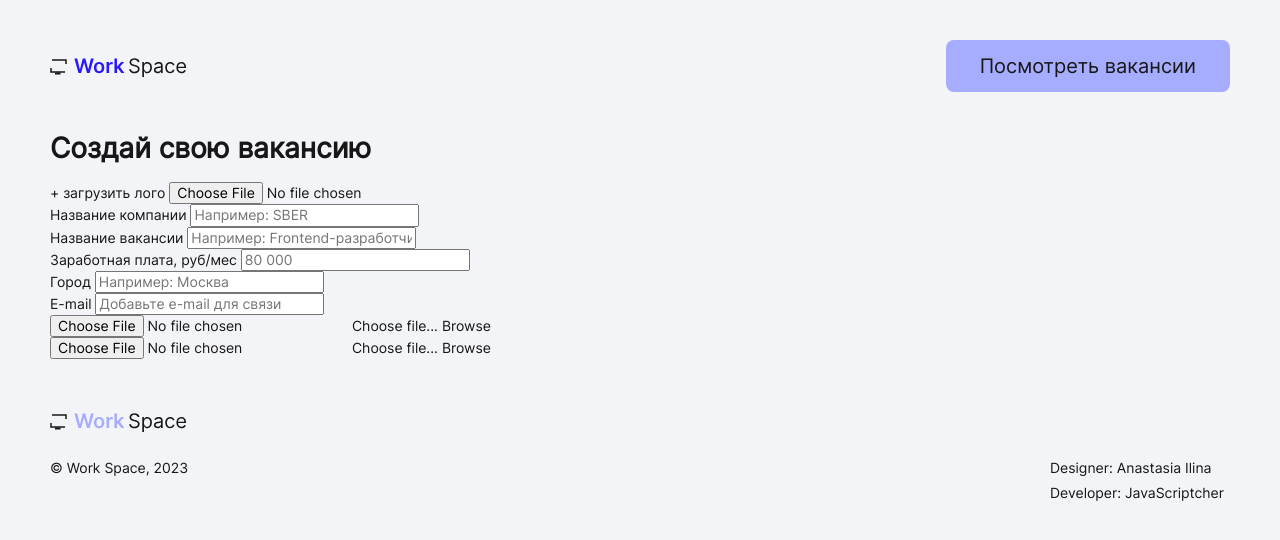
Repository: alexboagreek/workspace_js
Page: employer.html
The author's editor kept a copy of each file at every save. The page is drawn from the files as they stood at one save, then again after the next save.
The browser window is 1280 px wide. The pictures show the whole page.

Above is the page before, as saved 2023-09-12 12:05:19.
Console error: TypeError: Cannot read properties of null (reading 'addEventListener')

### employer.html
<!DOCTYPE html>
<html lang="ru">
  <head>
    <meta charset="UTF-8" />
    <meta name="viewport" content="width=device-width, initial-scale=1.0" />
    <title>Workspace - добавить вакансию</title>

    <link rel="stylesheet" href="index.css" />

    <script src="js/choices.min.js" defer></script>
    <script src="js/script.js" defer></script>
  </head>

  <body>
    <header class="header">
      <div class="container header__container">
        <img class="header__logo" src="img/logo.svg" alt="Логитип WorkSpace" />

        <a class="header__link" href="#vacancies">Посмотреть вакансии</a>
      </div>
    </header>

    <main>
      <section class="employer">
        <div class="container">
          <h1 class="employer__title">Создай свою вакансию</h1>

          <form class="employer__form">
            <div class="employer__file file">
              <div class="file__wrap-preview">
                <img src="#" alt="" class="file__preview" />
              </div>

              <div class="file__wrap-btn">
                <label for="logo" class="file__label"> + загрузить лого </label>
                <input
                  name="logo"
                  type="file"
                  class="file__input"
                  id="logo"
                  accept="image/png, image/jpeg"
                />
              </div>

              <fieldset class="employer__fildset">
                <div class="employer__wrap-input">
                  <label class="employer__label" for="company">Название компании</label>

                  <input
                    type="text"
                    class="employer__input"
                    id="company"
                    name="company"
                    placeholder="Например: SBER"
                  />
                </div>
              </fieldset>

              <fieldset class="employer__fildset-input">
                <div class="employer__wrap-input">
                  <label class="employer__label" for="title">Название вакансии</label>

                  <input
                    type="text"
                    class="employer__input"
                    id="title"
                    name="title"
                    placeholder="Например: Frontend-разработчик"
                  />
                </div>
              </fieldset>

              <fieldset class="employer__fildset">
                <div class="employer__wrap-input">
                  <label class="employer__label" for="salary">Заработная плата, руб/мес</label>

                  <input
                    type="number"
                    class="employer__input"
                    id="salary"
                    name="salary"
                    placeholder="80 000"
                  />
                </div>
              </fieldset>

              <fieldset class="employer__fildset">
                <div class="employer__wrap-input">
                  <label class="employer__label" for="location">Город</label>

                  <input
                    type="text"
                    class="employer__input"
                    id="location"
                    name="location"
                    placeholder="Например: Москва"
                  />
                </div>
              </fieldset>

              <fieldset class="employer__fildset">
                <div class="employer__wrap-input">
                  <label class="employer__label" for="email">E-mail</label>

                  <input
                    type="email"
                    class="employer__input"
                    id="email"
                    name="email"
                    placeholder="Добавьте e-mail для связи"
                  />
                </div>
              </fieldset>
            </div>

            <div class="form-file form-file-lg mb-3">
              <input type="file" class="form-file-input" id="customFileLg">
              <label class="form-file-label" for="customFileLg">
                <span class="form-file-text">Choose file...</span>
                <span class="form-file-button">Browse</span>
              </label>
            </div>

            <div class="form-file form-file-sm">
              <input type="file" class="form-file-input" id="customFileSm">
              <label class="form-file-label" for="customFileSm">
                <span class="form-file-text">Choose file...</span>
                <span class="form-file-button">Browse</span>
              </label>
            </div>
          </form>
        </div>
      </section>
    </main>

    <footer class="footer">
      <div class="container footer__container">
        <img
          class="footer__logo"
          src="img/logo-footer.svg"
          alt="Логотип WorkSpace"
        />

        <p class="footer__copyright">© Work Space, 2023</p>

        <ul class="footer__contacts">
          <li class="footer__contact">
            Designer:
            <a class="footer__link" href="#">Anastasia Ilina</a>
          </li>
          <li class="footer__contact">
            Developer:
            <a class="footer__link" href="#">JavaScriptcher</a>
          </li>
        </ul>
      </div>
    </footer>
  </body>
</html>

### index.css
@import "style/normalize.css";
@import "style/choices.min.css";
@import "style/style.css";
@import "style/header.css";
@import "style/hero.css";
@import "style/vacancies.css";
@import "style/filter.css";
@import "style/choices.css";
@import "style/checkbox.css";
@import "style/cards.css";
@import "style/vacancy.css";
@import "style/footer.css";
@import "style/modal.css";
@import "style/detail.css";

### style/style.css
@font-face {
  font-family: Inter;
  font-weight: 400;
  src: url("../fonts/inter-regular.woff2") format("woff2"),
    url("../fonts/inter-regular.woff") format("woff");
}

html {
  scroll-behavior: smooth;
  position: relative;
  box-sizing: border-box;
}

*,
*:before,
*:after {
  box-sizing: inherit;
}

body {
  min-width: 320px;
  min-height: 100vh;
  font-family: Inter, sans-serif;
  font-size: 14px;
  color: #171717;
  background-color: #f3f4f8;
  line-height: 1.2;
}

img,
svg {
  max-width: 100%;
  max-height: 100%;
  height: auto;
}

button {
  padding: 0;
  border: 0;
  cursor: pointer;
  background-color: transparent;
}

a {
  text-decoration: none;
  color: inherit;
}

ul {
  padding: 0;
  margin: 0;
  list-style: none;
}

h1,
h2,
h3,
p {
  margin: 0;
}

fieldset {
  padding: 0;
  margin: 0;
  border: 0;
}

.visually-hidden {
  position: fixed;
  transform: scale(0);
}

.container {
  --width: 1180px;
  --padding: 30px;
  max-width: calc(var(--width) + var(--padding) * 2);
  margin: 0 auto;
  padding: 0 var(--padding);
}

.blue-text {
  color: #2a18ff;
}

@media (max-width: 1140px) {
  .container {
    --width: 880px;
  }
}

@media (max-width: 940px) {
  .container {
    --width: 680px;
  }
}

@media (max-width: 640px) {
  .container {
    --padding: 15px;
  }
}

### style/header.css
.header {
  padding: 40px 0;
}

.header__container {
  display: flex;
  align-items: center;
  justify-content: space-between;
}

.header__link {
  padding: 12px 32px;
  border-radius: 8px;
  background-color: #a6adff;
  font-size: 20px;
  border: 2px solid transparent;
  transition-property: color, background-color;
  transition-duration: 0.2s;
  transition-timing-function: ease-in-out;
}

.header__link:focus-visible {
  border-color: #4f58be;
}

.header__link:hover {
  color: #fff;
  background-color: #2a18ff;
}

@media (max-width: 1140px) {
  .header {
    padding: 32px 0 40px;
  }
}

@media (max-width: 940px) {
  .header {
    padding: 24px 0 30px;
  }

  .header__link {
    padding: 8px 23px;
    font-size: 14px;
  }
}

@media (max-width: 640px) {
  .header {
    padding: 24px 0 20px;
  }

  .header__link {
    display: none;
  }
}

### style/hero.css
.hero {
  padding: 60px 0 50px;
}

.hero__container {
  position: relative;
  padding-top: 57px;
  padding-bottom: 57px;
}

.hero__container:after {
  content: "";
  position: absolute;
  right: -9px;
  top: 0;
  bottom: 0;
  width: 421px;
  background: url("../img/laptop.png") no-repeat center/contain;
}

.hero__title {
  position: relative;
  z-index: 2;
  max-width: 780px;
  font-size: 90px;
  letter-spacing: 1.8px;
  text-transform: uppercase;
}

@media (max-width: 1140px) {
  .hero {
    padding: 40px 0;
  }

  .hero__container {
    padding-top: 53px;
    padding-bottom: 53px;
  }

  .hero__container:after {
    width: 340px;
  }

  .hero__title {
    max-width: 580px;
    font-size: 64px;
    letter-spacing: 1.28px;
  }
}

@media (max-width: 940px) {
  .hero {
    padding: 30px 0;
  }

  .hero__container {
    padding-top: 40px;
    padding-bottom: 40px;
  }

  .hero__container:after {
    width: 269px;
  }

  .hero__title {
    max-width: 450px;
    font-size: 52px;
    letter-spacing: 1.04px;
  }
}

@media (max-width: 640px) {
  .hero {
    padding-top: 20px;
    padding-bottom: 10px;
  }

  .hero__container {
    padding-top: 0;
    padding-bottom: 234px;
  }

  .hero__title {
    max-width: 290px;
    text-align: center;
    margin: 0 auto;
    font-size: 32px;
  }

  .hero__container:after {
    right: auto;
    top: auto;
    height: 269px;
    left: 50%;
    transform: translateX(-50%);
    background-position: bottom;
  }
}

### style/vacancies.css
.vacancies {
  padding: 50px 0;
}

.vacancies__container {
  display: flex;
  align-items: start;
  gap: 24px 20px;
}

.vacancies__filter-btn {
  display: none;
}

.vacancies__filter {
  flex: 0 0 280px;
}

.vacancies__cards {
  flex-basis: 100%;
}

@media (max-width: 1140px) {
  .vacancies {
    padding: 40px 0;
  }
}

@media (max-width: 940px) {
  .vacancies {
    padding: 30px 0;
  }

  .vacancies__container {
    flex-direction: column;
    row-gap: 0;
  }

  .vacancies__filter-btn {
    display: flex;
    align-items: center;
    margin-bottom: 24px;
    transition-property: margin-bottom, color;
    transition-duration: 0.2s, 0.3s;
    transition-timing-function: ease-in-out;
    transition-delay: 0.2s, 0s;
    color: #2a18ff;
    line-height: 20px;
  }

  .vacancies__filter-btn:hover:not(:focus) {
    color: #a6adff;
  }

  .vacancies__filter-btn-arrow {
    position: relative;
    top: -2px;
    display: block;
    width: 20px;
    height: 20px;
  }

  .vacancies__filter-btn_active {
    margin-bottom: 32px;
    transition-delay: 0s;
  }

  .vacancies__filter-btn_active .vacancies__filter-btn-arrow {
    transform: rotate(180deg);
    top: 2px;
  }

  .vacancies__filter {
    width: 100%;
    flex-basis: auto;
    height: 0;
    overflow: hidden;
    transition: height 0.4s ease-in-out;
  }

  .vacancies__filter_active {
    height: auto;
    margin-bottom: 40px;
  }

  .vacancies__cards {
    width: 100%;
  }
}

@media (max-width: 640px) {
  .vacancies__filter-btn_active {
    margin-bottom: 24px;
  }
}

### style/filter.css
.filter {
  position: relative;
}

.filter__reset {
  position: absolute;
  top: 7px;
  right: 0;
  color: #ccc;
}

.filter__title {
  font-size: 20px;
  font-weight: 400;
  margin-bottom: 32px;
}

.filter__form {
  display: flex;
  flex-direction: column;
  gap: 32px;
}

.filter__fieldset {
  display: flex;
  flex-direction: column;
  align-items: start;
}

.filter__legend {
  margin-bottom: 12px;
}

.filter__select {
  width: 100%;
}

.filter__range {
  display: flex;
  align-items: center;
  justify-content: space-between;
  gap: 10px;
}

.filter__label:not(:last-child) {
  margin-bottom: 8px;
}

.filter__input {
  flex: 1 1 50%;
  width: 100%;
  padding: 0 16px;
  height: 32px;
  border: 0;
}

.filter__input::placeholder {
  color: #ccc;
}

.filter__checkboxes {
  display: flex;
  flex-direction: column;
  gap: 32px;
}

.filter__button {
  padding: 8px 24px;
  border-radius: 4px;
  background-color: #a6adff;
  border: 2px solid transparent;
  transition-property: color, background-color;
  transition-duration: 0.2s;
  transition-timing-function: ease-in-out;
}

.filter__button:focus-visible {
  border-color: #4f58be;
}

.filter__button:hover {
  color: #fff;
  background-color: #2a18ff;
}

@media (max-width: 940px) {
  .filter__title {
    position: fixed;
    transform: scale(0);
  }

  .filter__input {
    max-width: 140px;
  }

  .filter__checkboxes {
    display: grid;
    grid-template-columns: repeat(auto-fit, minmax(180px, 1fr));
    gap: 24px 70px;
  }

  .filter__buttons {
    display: flex;
    gap: 16px;
    align-items: center;
  }

  .filter__reset {
    position: static;
  }
}

### style/choices.css
.choices {
  width: 100%;
}

.choices__inner {
  background-color: #fff;
  padding: 6px 16px;
  min-height: 32px;
  border: 0;
}

.choices__list--single {
  padding: 0;
}

.choices[data-type*="select-one"]::after {
  width: 20px;
  height: 20px;
  background: url("../img/arrow.svg") no-repeat center/contain;
  border: 0;
  top: 6px;
  right: 16px;
  margin-top: 0;
}

.choices[data-type*="select-one"].is-open::after {
  transform: rotate(180deg);
  margin-top: 0;
}

### style/checkbox.css
.checkbox {
  position: relative;
  display: block;
  line-height: 20px;
  padding-left: 28px;
}

.checkbox__input {
  -webkit-appearance: none;
  -moz-appearance: none;
  appearance: none;
  position: absolute;
  width: 20px;
  height: 20px;
  left: 0;
  top: 0;
  bottom: 0;
  background-color: #fff;
  border-radius: 4px;
}

.checkbox__input:after {
  content: "";
  position: absolute;
  inset: 0;
  display: block;
  background: url("../img/check.svg") no-repeat center;
  opacity: 0;
  transition: opacity 0.2s ease-in-out;
}

.checkbox__input:checked:after {
  opacity: 1;
}

.checkbox__input:focus-visible {
  outline: none;
  box-shadow: 0px 2px 10px rgba(0, 0, 0, 0.25);
}

.checkbox__input:hover:not(:disabled) {
  box-shadow: 0px 2px 10px rgba(166, 173, 255, 0.55);
}

.checkbox__input:disabled {
  background-color: #ccc;
}

### style/cards.css
.cards__list {
  display: grid;
  grid-template-columns: repeat(auto-fit, minmax(280px, 1fr));
  gap: 20px;
}

@media (max-width: 940px) {
  .cards__list {
    grid-template-columns: repeat(auto-fit, minmax(220px, 1fr));
    gap: 10px;
  }
}

### style/vacancy.css
.vacancy {
  border-radius: 16px;
  background-color: #fff;
  padding: 16px;
  height: 100%;
  cursor: pointer;
  outline: none;
  border: 2px solid transparent;
}

.vacancy:hover {
  background-color: #f9faff;
}

.vacancy:focus-visible {
  border-color: #a6adff;
}

.vacancy__img {
  max-height: 44px;
  margin-bottom: 12px;
  display: block;
}

.vacancy__company {
  font-size: 20px;
  margin-bottom: 8px;
}

.vacancy__title {
  display: inline-block;
  padding: 3px 5px;
  font-size: 14px;
  font-weight: 400;
  border-radius: 4px;
  background-color: #eaecff;
  margin-bottom: 8px;
}

.vacancy__field {
  color: #ccc;
}

### style/footer.css
.footer {
  padding: 50px 0 40px;
}

.footer__container {
  display: grid;
  gap: 27px;
  grid-template-areas:
    "logo ."
    "copyright contacts";
}

.footer__logo {
  grid-area: logo;
}

.footer__copyright {
  grid-area: copyright;
}

.footer__contacts {
  grid-area: contacts;
  justify-self: end;
  min-width: 180px;
}

.footer__contact {
  margin-bottom: 8px;
}

.footer__contact:last-child {
  margin-bottom: 0;
}

.footer__link:hover {
  color: brown;
}

@media (max-width: 1140px) {
  .footer {
    padding: 40px 0 32px;
  }
}

@media (max-width: 940px) {
  .footer {
    padding: 30px 0 24px;
  }
}

@media (max-width: 640px) {
  .footer {
    padding-top: 20px;
  }

  .footer__container {
    grid-template-areas:
      "logo"
      "copyright"
      "contacts";
  }

  .footer__contacts {
    justify-self: start;
  }
}

### style/modal.css
.modal {
  position: fixed;
  z-index: 10;
  inset: 0;
  background-color: rgba(0, 0, 0, 0.5);
  cursor: pointer;
  padding: 30px;
  overflow-y: auto;
  display: flex;
}

.modal__main {
  position: relative;
  margin: auto;
  cursor: default;
}

.modal__close {
  background-color: transparent;
  border: none;
  cursor: pointer;
  position: absolute;
  top: 12px;
  right: 12px;
  padding: 0;
  line-height: 0;
  outline: 1px solid transparent;
  border-radius: 3px;
}

.modal__close:focus-visible {
  outline-color: gray;
}

@media (max-width: 640px) {
  .modal {
    padding: 30px 15px;
  }
}

### style/detail.css
.detail {
  max-width: 780px;
  border-radius: 16px;
  box-shadow: 0px 10px 50px 0px rgba(4, 0, 49, 0.1);
  background: #fff url("../img/likemen.png") no-repeat bottom right;
  background-size: 150px;
  padding: 36px 36px 80px;
}

.detail__header {
  display: grid;
  grid-template-columns: 101px 1fr;
  gap: 12px 20px;
  margin-bottom: 32px;
}

.detail__logo {
  width: 100%;
  max-height: 101px;
  grid-row: 1 / 3;
  align-self: center;
  justify-self: start;
}

.detail__company {
  font-size: 32px;
  letter-spacing: 0.64px;
  align-self: end;
  justify-self: start;
}

.detail__title {
  font-size: 20px;
  font-weight: 400;
  align-self: start;
  justify-self: start;
  border-radius: 4px;
  background-color: #eaecff;
  padding: 5px 10px;
}

.detail__main {
  display: flex;
  gap: 20px;
  margin-bottom: 32px;
}

.detail__description {
  max-width: 465px;
  line-height: 1.4;
}

.detail__fields {
  display: flex;
  flex-direction: column;
  align-items: start;
  gap: 4px;
}

.detail__field {
  padding: 3px 10px;
  border-radius: 30px;
  background-color: #eaecff;
}

.detail__resume {
  line-height: 1.4;
}

@media (max-width: 940px) {
  .detail {
    max-width: 680px;
    padding: 24px 24px 72px;
  }

  .detail__main {
    gap: 10px;
  }

  .detail__description {
    max-width: 418px;
  }
}

@media (max-width: 640px) {
  .detail {
    padding: 24px 15px;
    background-image: none;
  }

  .detail__header {
    grid-template-columns: 60px 1fr;
    gap: 4px 8px;
    margin-bottom: 24px;
  }

  .detail__company {
    font-size: 20px;
    letter-spacing: 0.4px;
  }

  .detail__title {
    font-size: 12px;
  }

  .detail__main {
    flex-direction: column;
    gap: 24px;
    margin-bottom: 24px;
  }

  .detail__description {
    max-width: 100%;
  }
}

Loaded but not shown: js/choices.min.js (library); style/normalize.css (library); style/choices.min.css (library); js/script.js (300 lines, source omitted)

After the next save:
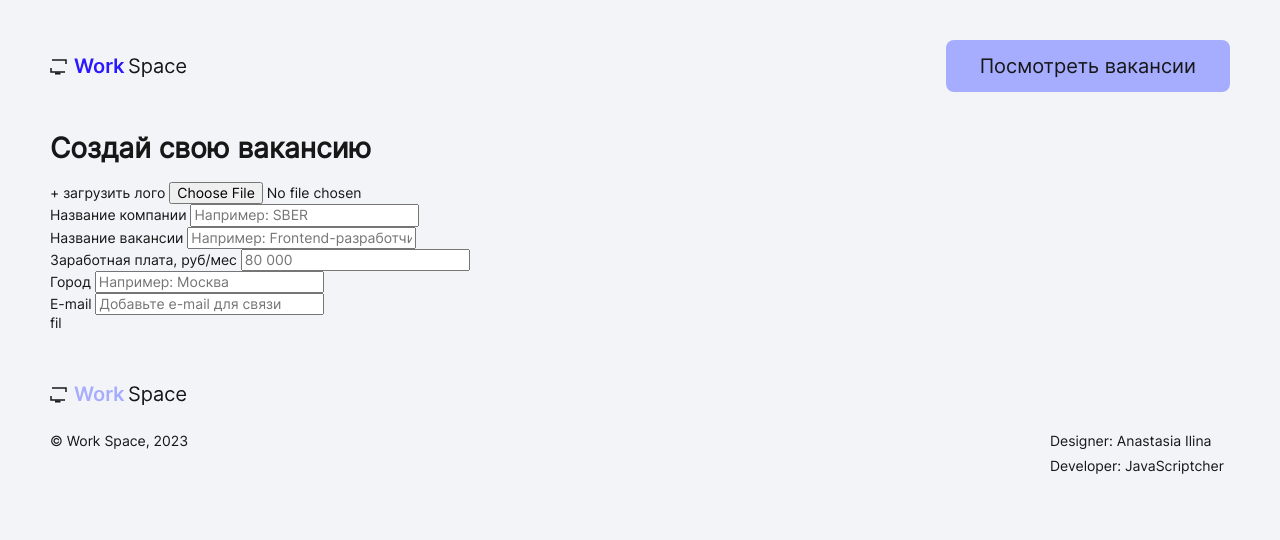
Saved 12 s later.
--- a/employer.html
+++ b/employer.html
@@ -113,21 +113,7 @@
               </fieldset>
             </div>
 
-            <div class="form-file form-file-lg mb-3">
-              <input type="file" class="form-file-input" id="customFileLg">
-              <label class="form-file-label" for="customFileLg">
-                <span class="form-file-text">Choose file...</span>
-                <span class="form-file-button">Browse</span>
-              </label>
-            </div>
-
-            <div class="form-file form-file-sm">
-              <input type="file" class="form-file-input" id="customFileSm">
-              <label class="form-file-label" for="customFileSm">
-                <span class="form-file-text">Choose file...</span>
-                <span class="form-file-button">Browse</span>
-              </label>
-            </div>
+            fil
           </form>
         </div>
       </section>
